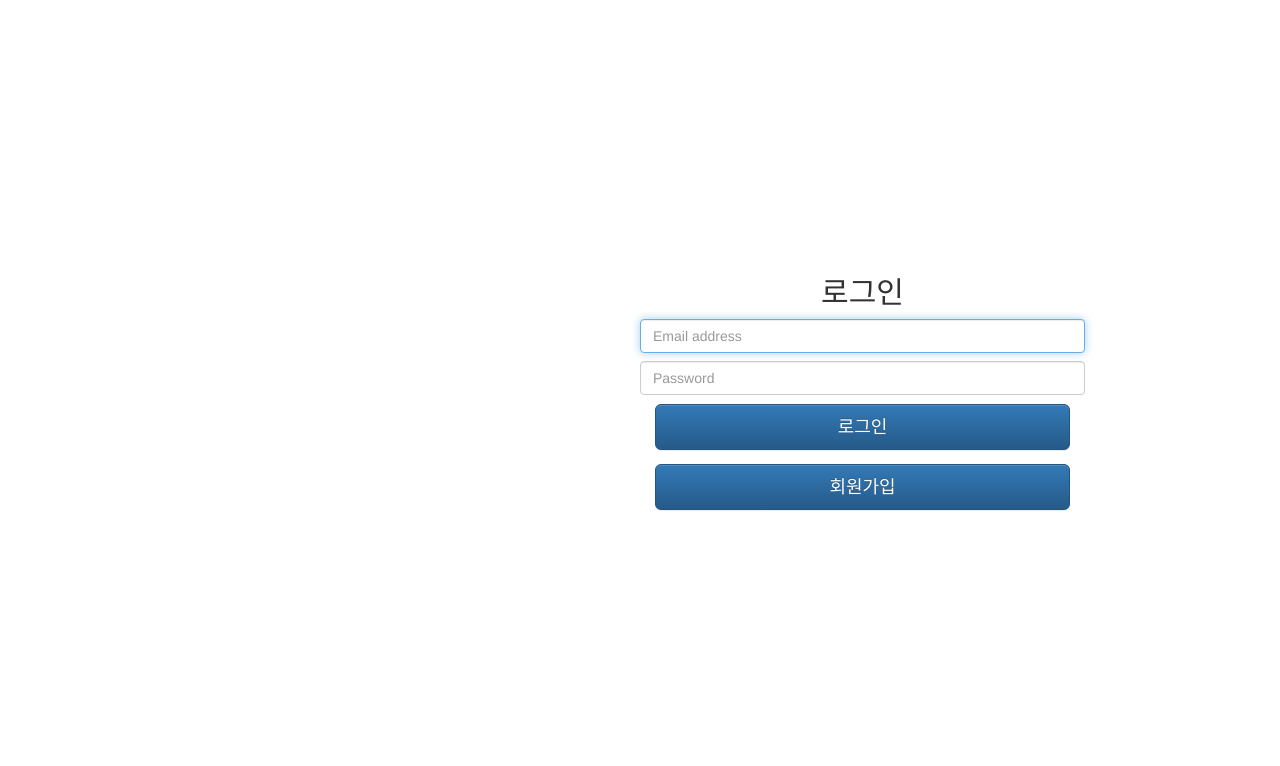
Repository: hrhwbp/Acorn-Final-Project
Page: http://localhost/final_project/index.jsp
An editor plug-in stored every save of this project. The page is shown before and after a run of saves, followed by the edit.
The browser window is 1280 px wide. The pictures show the whole page.
Some web libraries are served in a nearby version. The page is served by Tomcat 9. Nobody is signed in. The application's start-up code is not run. Other server files are loaded and not shown.

Above is the page before, as saved 2016-10-26 04:02:18.

### final_project/src/main/webapp/index.jsp
<%@ page language="java" contentType="text/html; charset=UTF-8"
	pageEncoding="UTF-8"%>
<!DOCTYPE html">
<html>
<head>
<meta http-equiv="Content-Type" content="text/html; charset=UTF-8">
<title>Insert title here</title>
<!-- 합쳐지고 최소화된 최신 CSS -->
<link rel="stylesheet"
	href="https://maxcdn.bootstrapcdn.com/bootstrap/3.3.2/css/bootstrap.min.css">
<!-- 부가적인 테마 -->
<link rel="stylesheet"
	href="https://maxcdn.bootstrapcdn.com/bootstrap/3.3.2/css/bootstrap-theme.min.css">
<style type="text/css">
.top_pd{
	padding-top: 2%;
}
.bottom_pd{
	padding-bottom: 2%;
}
.main_pd{
	padding-top: 20%;
	padding-bottom: 20%;
}
</style>
<!-- 합쳐지고 최소화된 최신 자바스크립트 -->
<script
	src="https://ajax.googleapis.com/ajax/libs/jquery/3.1.1/jquery.min.js"></script>
<script
	src="https://maxcdn.bootstrapcdn.com/bootstrap/3.3.2/js/bootstrap.min.js"></script>
</head>
<body class="center-block()">
	<div class="container main_pd">
		<div class="container col-md-5 col-md-offset-1"></div>
		<div class="container col-md-5">
		<div class="row col-md-12">
			<form class="form-signin">
				<h2 class="form-signin-heading text-center">로그인</h2>
				<div class="row">
				<label for="inputEmail" class="sr-only">Email address</label>
					<input
					type="email" id="inputEmail" class="form-control"
					placeholder="Email address" required autofocus>
				</div>
				<div class="row top_pd bottom_pd">
					<label
					for="inputPassword" class="sr-only">Password</label>
					<input
					type="password" id="inputPassword" class="form-control"
					placeholder="Password" required>
				</div>
				<button class="btn btn-lg btn-primary btn-block" type="submit">로그인</button>
			</form>
			<button class="btn btn-lg btn-primary btn-block" type="button">회원가입</button>
		</div>
		</div>
	</div>
</body>
</html>

After the next 2 saves:
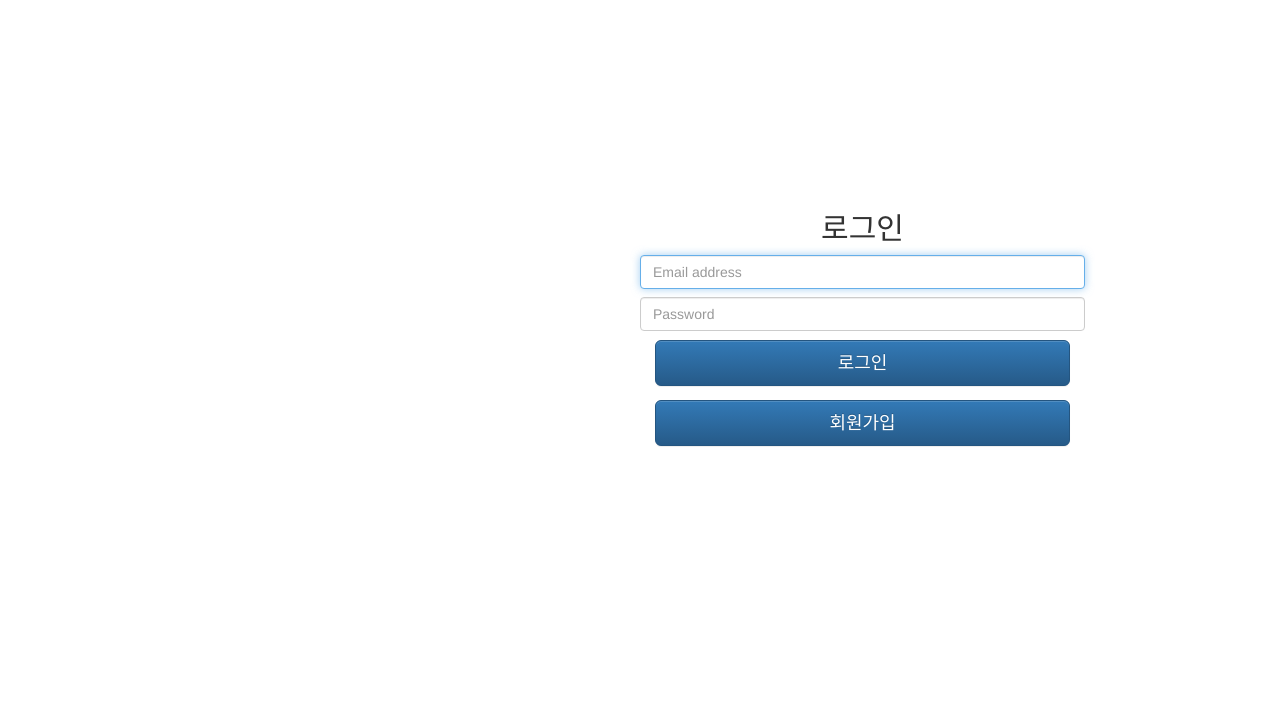
The 2 saves are shown as one change because they came seconds apart.
The last was saved 63 s later.
--- a/final_project/src/main/webapp/index.jsp
+++ b/final_project/src/main/webapp/index.jsp
@@ -19,7 +19,7 @@
 	padding-bottom: 2%;
 }
 .main_pd{
-	padding-top: 20%;
+	padding-top: 15%;
 	padding-bottom: 20%;
 }
 </style>
